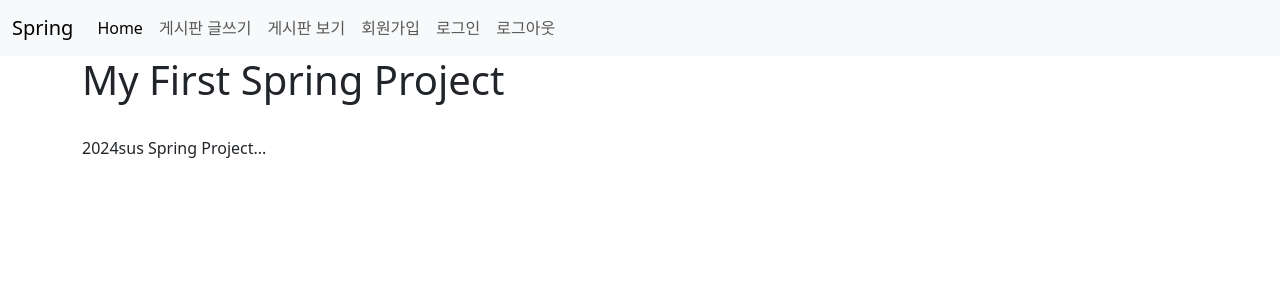
Repository: Ceciliaseon/springTest20240430
Page: http://localhost/spring_study/WEB-INF/views/index.jsp
An editor plug-in stored every save of this project. The page is shown before and after the next save, followed by the edit.
The browser window is 1280 px wide. The pictures show the whole page.
The page is served by Tomcat 9. Nobody is signed in. The template is opened directly, without the code that normally fills it, so the values that code supplies are empty.

Above is the page before, as saved 2024-04-25 08:04:24.
Console error: ReferenceError: msg_login is not defined

After the next save:
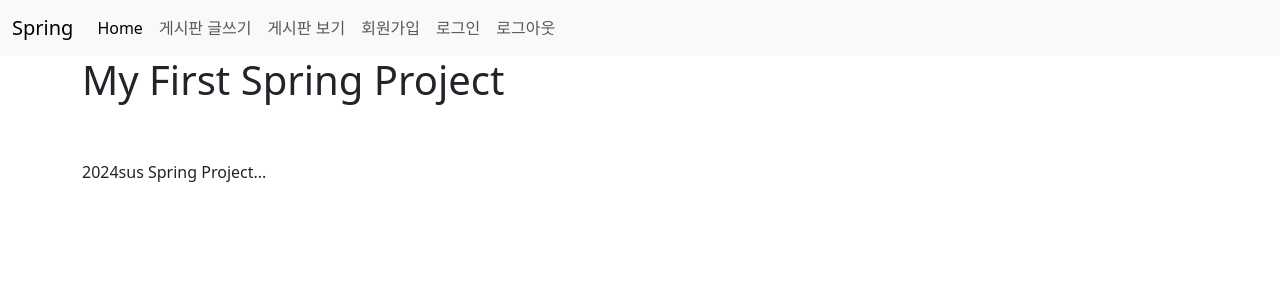
Saved 5 s later.
--- a/spring_study/src/main/webapp/WEB-INF/views/index.jsp
+++ b/spring_study/src/main/webapp/WEB-INF/views/index.jsp
@@ -15,7 +15,7 @@
 		</p>
 	</c:if>
 </div>
-<!DOCTYPE jsp:include PUBLIC "-//W3C//DTD HTML 4.01 Transitional//EN" "http://www.w3.org/TR/html4/loose.dtd">
+<br>
 
 
 <script type="text/javascript">
